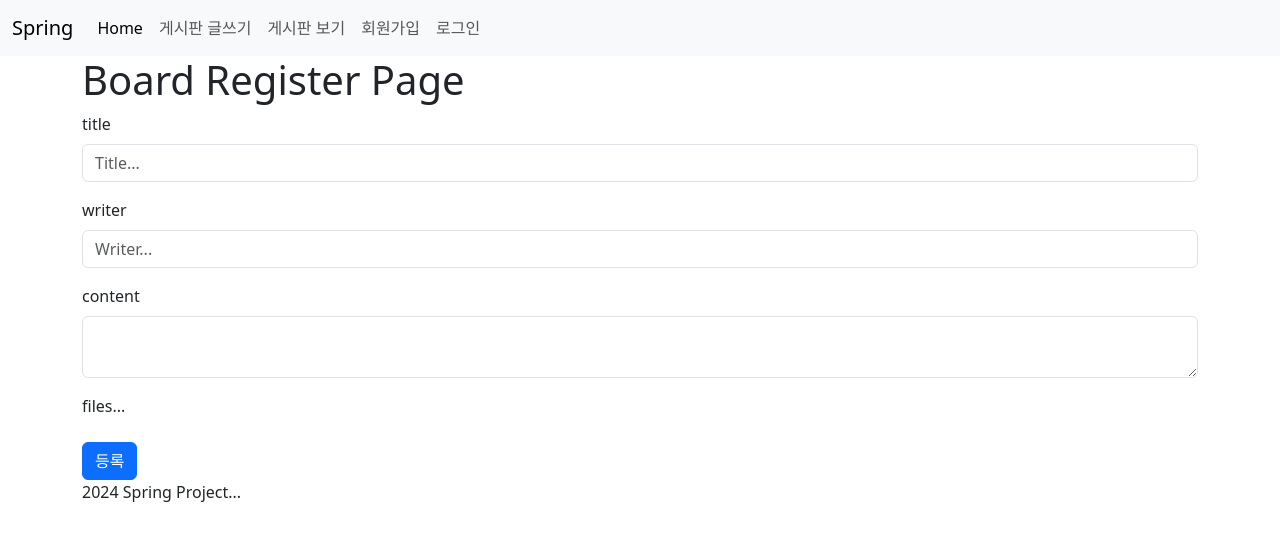
Repository: wanted2001/jsp_project
Page: http://localhost/spring_study/WEB-INF/views/board/register.jsp
The author's editor kept a copy of each file at every save. The page is drawn from the files as they stood at one save, then again after the next save.
The browser window is 1280 px wide. The pictures show the whole page.
The page is served by Tomcat 9. Nobody is signed in. The template is opened directly, without the code that normally fills it, so the values that code supplies are empty.

Above is the page before, as saved 2024-04-29 01:35:20.

After the next save:
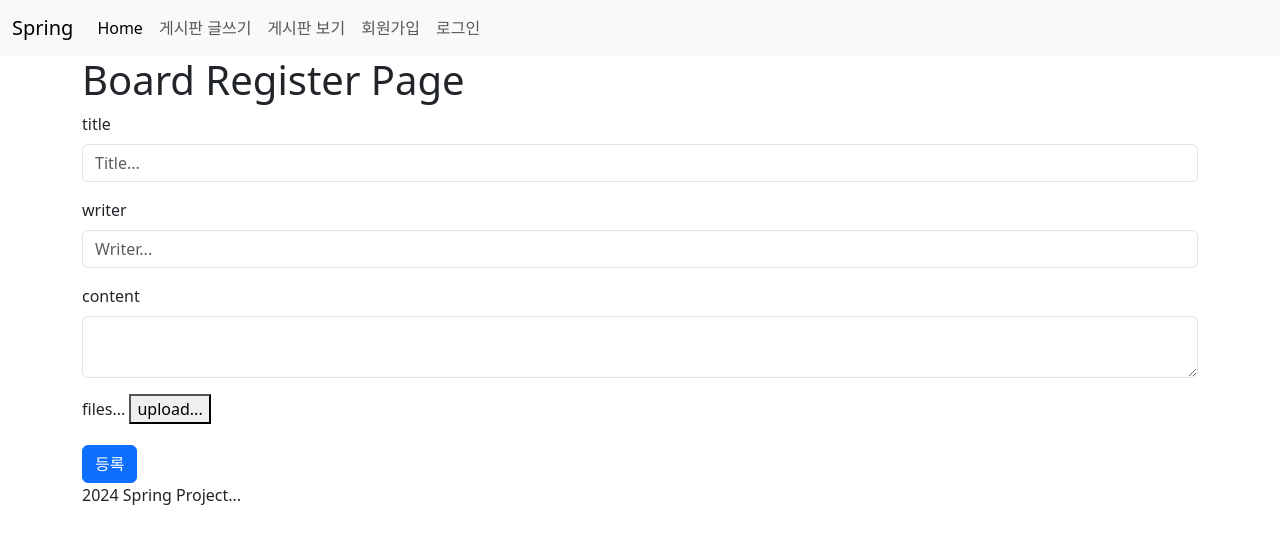
Saved 35 s later.
--- a/spring_study/src/main/webapp/WEB-INF/views/board/register.jsp
+++ b/spring_study/src/main/webapp/WEB-INF/views/board/register.jsp
@@ -21,6 +21,7 @@
 	  		<label for="file" class="form-label">files...</label>
 	  		<!-- multiple : 여러개의 파일을 배열처럼 들어감. -->
 	  		<input type="file" class="form-control" name="files" id="file" multiple="multiple" style="display:none">
+	  		<button>upload...</button>
 		</div>
 		<button type="submit" class="btn btn-primary">등록</button>
 	</form>
